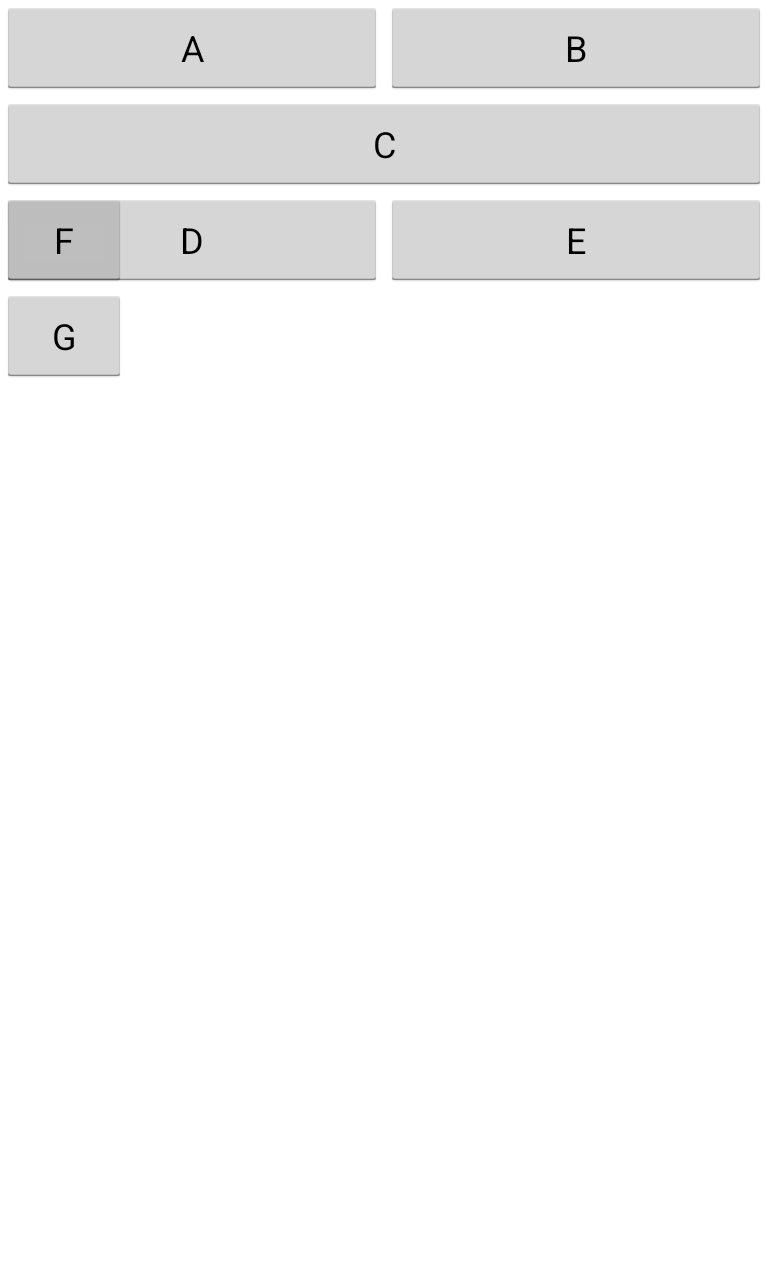
Repository: iracom/ejercicios-android
Layout: Layouts/res/layout/activity_relative.xml
The author's editor kept a copy of each file at every save. The layout is drawn from the files as they stood at one save, then again after the next save.
It is drawn on a 768 x 1280 px phone screen (xhdpi) without system bars, with theme AppTheme; the app's code is not run.

Above is the layout before, as saved 2014-05-07 07:46:14.

### Layouts/res/layout/activity_relative.xml
<RelativeLayout xmlns:android="http://schemas.android.com/apk/res/android"
    xmlns:tools="http://schemas.android.com/tools"
    android:id="@+id/container"
    android:layout_width="match_parent"
    android:layout_height="match_parent"
    tools:context="com.iraitzcompains.layouts.RelativeActivity"
    tools:ignore="MergeRootFrame" >

    <TextView
        android:id="@+id/textView1"
        android:layout_width="wrap_content"
        android:layout_height="wrap_content"
        android:layout_centerInParent="true" />

    <Button
        android:id="@+id/button1"
        android:layout_width="match_parent"
        android:layout_height="wrap_content"
        android:layout_alignRight="@id/textView1"
        android:text="@string/button_a" />

    <Button
        android:id="@+id/button2"
        android:layout_width="match_parent"
        android:layout_height="wrap_content"
        android:layout_alignLeft="@id/textView1"
        android:text="@string/button_b" />

    <Button
        android:id="@+id/button3"
        android:layout_width="wrap_content"
        android:layout_height="wrap_content"
        android:layout_alignParentLeft="true"
        android:layout_alignParentRight="true"
        android:layout_centerHorizontal="true"
        android:layout_below="@id/button1"
        android:text="@string/button_c" />

    <TextView
        android:id="@+id/textView2"
        android:layout_width="wrap_content"
        android:layout_height="wrap_content"
        android:layout_below="@id/button3"
        android:layout_centerInParent="true"/>

    <Button
        android:id="@+id/button4"
        android:layout_width="match_parent"
        android:layout_height="wrap_content"
        android:layout_alignRight="@id/textView2"
        android:layout_below="@id/button3"
        android:text="@string/button_d" />

    <Button
        android:id="@+id/button5"
        android:layout_width="match_parent"
        android:layout_height="wrap_content"
        android:layout_alignLeft="@id/textView2"
        android:layout_below="@id/button3"
        android:text="@string/button_e" />

    <LinearLayout
        android:layout_width="wrap_content"
        android:layout_height="wrap_content"
        android:layout_alignParentBottom="true"
        android:layout_alignParentLeft="true"
        android:layout_below="@+id/button3"
        android:orientation="vertical" >

        <Button
            android:id="@+id/button6"
            android:layout_width="match_parent"
            android:layout_height="wrap_content"
            android:text="@string/button_f" />

        <Button
            android:id="@+id/button7"
            android:layout_width="match_parent"
            android:layout_height="wrap_content"
            android:text="@string/button_g" />

    </LinearLayout>

</RelativeLayout>

### Layouts/res/values/strings.xml
<?xml version="1.0" encoding="utf-8"?>
<resources>

    <string name="app_name">Layouts</string>
    <string name="hello_world">Hello world!</string>
    <string name="action_settings">Settings</string>
    <string name="button_a">A</string>
    <string name="button_b">B</string>
    <string name="button_c">C</string>
    <string name="button_d">D</string>
    <string name="button_e">E</string>
    <string name="button_f">F</string>
    <string name="button_g">G</string>
    <string name="button_h">H</string>
    <string name="button_i">I</string>
    <string name="title_activity_relative">RelativeActivity</string>

</resources>

Loaded but not shown: Layouts/res/values/styles.xml (common file); Layouts/res/values-v11/styles.xml (common file); Layouts/res/values-v14/styles.xml (common file)

After the next save:
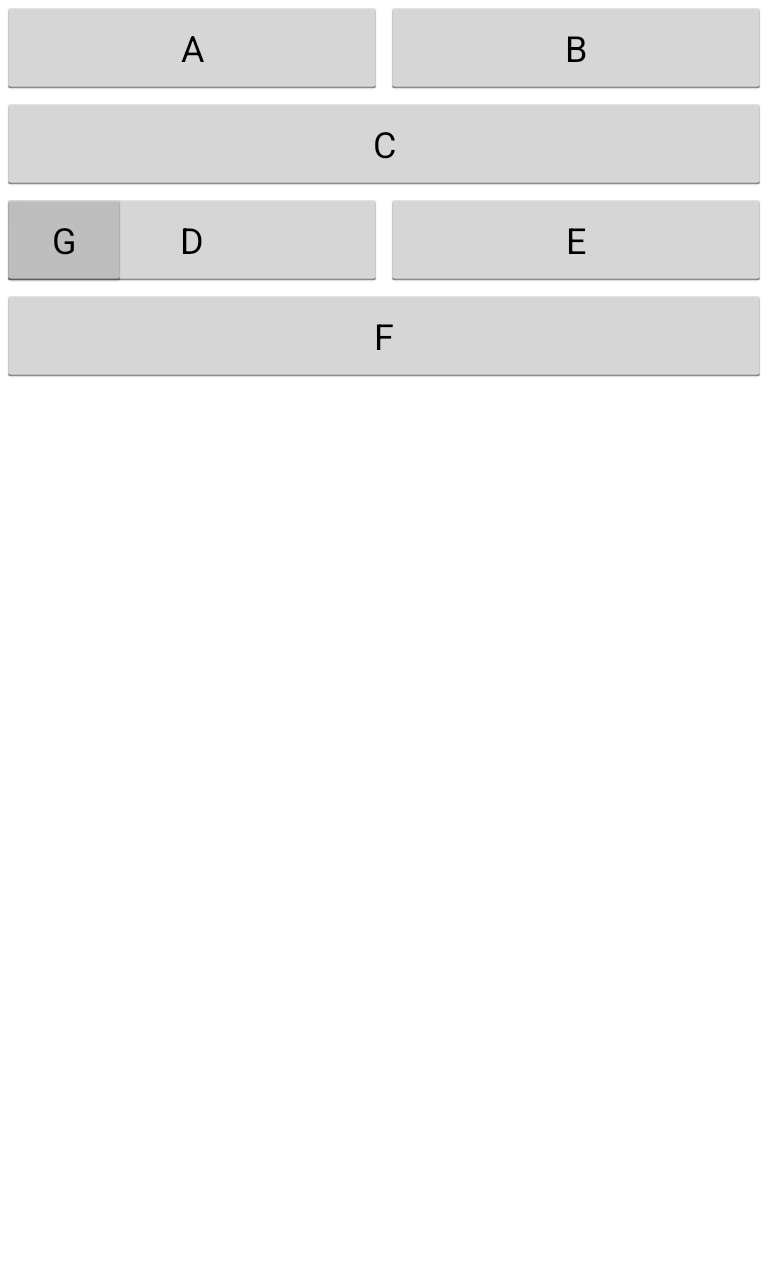
Saved 2 min 23 s later.
--- a/Layouts/res/layout/activity_relative.xml
+++ b/Layouts/res/layout/activity_relative.xml
@@ -16,6 +16,7 @@
         android:id="@+id/button1"
         android:layout_width="match_parent"
         android:layout_height="wrap_content"
+        android:layout_alignParentLeft="true"
         android:layout_alignRight="@id/textView1"
         android:text="@string/button_a" />
 
@@ -23,6 +24,7 @@
         android:id="@+id/button2"
         android:layout_width="match_parent"
         android:layout_height="wrap_content"
+        android:layout_alignParentRight="true"
         android:layout_alignLeft="@id/textView1"
         android:text="@string/button_b" />
 
@@ -47,6 +49,7 @@
         android:id="@+id/button4"
         android:layout_width="match_parent"
         android:layout_height="wrap_content"
+        android:layout_alignParentLeft="true"
         android:layout_alignRight="@id/textView2"
         android:layout_below="@id/button3"
         android:text="@string/button_d" />
@@ -55,9 +58,17 @@
         android:id="@+id/button5"
         android:layout_width="match_parent"
         android:layout_height="wrap_content"
+        android:layout_alignParentRight="true"
         android:layout_alignLeft="@id/textView2"
         android:layout_below="@id/button3"
         android:text="@string/button_e" />
+
+    <Button
+        android:id="@+id/button6"
+        android:layout_width="match_parent"
+        android:layout_height="wrap_content"
+        android:layout_below="@id/button4"
+        android:text="@string/button_f" />
 
     <LinearLayout
         android:layout_width="wrap_content"
@@ -68,12 +79,6 @@
         android:orientation="vertical" >
 
         <Button
-            android:id="@+id/button6"
-            android:layout_width="match_parent"
-            android:layout_height="wrap_content"
-            android:text="@string/button_f" />
-
-        <Button
             android:id="@+id/button7"
             android:layout_width="match_parent"
             android:layout_height="wrap_content"
